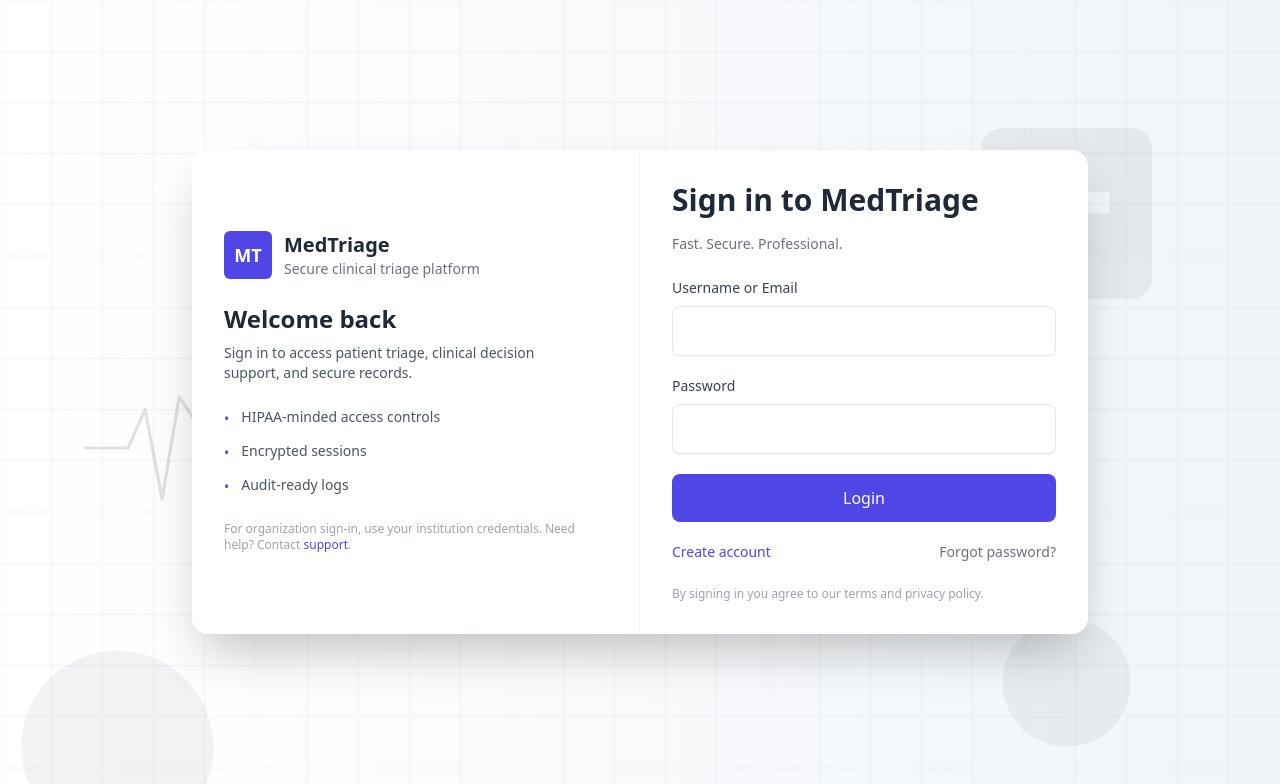
Repository: shakin-shahria/MedTriage-
Page: / (app in frontend/)
An editor plug-in stored every save of this project. The page is shown before and after the next save, followed by the edit.
The browser window is 1280 px wide. The pictures show the whole page.
The project was rebuilt for these pictures with package versions that can differ from the ones it lists, and the page was loaded fresh each time. Also part of the build but not shown: frontend/vite.config.js, frontend/src/Register.jsx, frontend/src/Profile.jsx, frontend/src/Admin.jsx, frontend/src/AdminDashboard.jsx, frontend/src/HeartTriage.jsx.

Above is the page before, as saved 2025-10-15 11:29:26.

### frontend/index.html
<!doctype html>
<html>
  <head>
    <meta charset="utf-8" />
    <meta name="viewport" content="width=device-width, initial-scale=1.0" />
    <title>MedTriage Demo</title>
  </head>
  <body>
    <div id="root"></div>
    <script type="module" src="/src/main.jsx"></script>
  </body>
</html>

### frontend/src/index.css
@tailwind base;
@tailwind components;
@tailwind utilities;

body { font-family: ui-sans-serif, system-ui, -apple-system, 'Segoe UI', Roboto, 'Helvetica Neue', Arial }

### frontend/src/Login.jsx
import React, { useState } from 'react'
import { useNavigate, Link } from 'react-router-dom'

export default function Login() {
  const [form, setForm] = useState({ username_or_email: '', password: '' })
  const [loading, setLoading] = useState(false)
  const [error, setError] = useState(null)
  const navigate = useNavigate()

  const handleChange = (e) => {
    setForm({ ...form, [e.target.name]: e.target.value })
  }

  const handleSubmit = async (e) => {
    e.preventDefault()
    setLoading(true)
    setError(null)
    try {
      const res = await fetch('http://127.0.0.1:8000/auth/login', {
        method: 'POST',
        headers: { 'Content-Type': 'application/json' },
        body: JSON.stringify(form),
      })
      if (!res.ok) throw new Error(`Login failed: ${res.status}`)
      const data = await res.json()
      localStorage.setItem('token', data.access_token)
      // Notify other components that auth state changed
      window.dispatchEvent(new Event('auth-change'))
      // After storing the token, probe the profile endpoint to detect the
      // user's role so admins can be sent straight to the Admin dashboard.
      try {
        const profileRes = await fetch('http://127.0.0.1:8000/auth/profile', {
          headers: { 'Authorization': `Bearer ${data.access_token}` },
        })
        if (profileRes.ok) {
          const profile = await profileRes.json()
          if (profile.role === 'admin') {
              // Persist admin token for Admin UI convenience and replace history so back doesn't go to login
              try { localStorage.setItem('medtriage_admin_token', `Bearer ${data.access_token}`) } catch (e) {}
              navigate('/admin-dashboard', { replace: true })
            return
          }
        }
      } catch (e) {
        // ignore profile fetch errors and fall back to profile page
      }

      navigate('/profile')
    } catch (err) {
      setError(err.message)
    } finally {
      setLoading(false)
    }
  }

  return (
    <>
      {/* Diagnostic-themed background SVG: faint grid + ECG waveform + medical icons */}
      <svg aria-hidden="true" className="fixed inset-0 pointer-events-none" preserveAspectRatio="none" xmlns="http://www.w3.org/2000/svg" viewBox="0 0 1200 800">
        <defs>
          <linearGradient id="ecgGrad" x1="0" x2="1">
            <stop offset="0%" stopColor="#ffffff" />
            <stop offset="100%" stopColor="#f1f5f9" />
          </linearGradient>
        </defs>
        <rect width="1200" height="800" fill="url(#ecgGrad)" />

        {/* faint clinical grid */}
        <g stroke="#0f172a" strokeWidth="1" opacity="0.04">
          {Array.from({ length: 25 }).map((_, i) => {
            const x = i * 48
            return <line key={`vx-${i}`} x1={x} y1={0} x2={x} y2={800} />
          })}
          {Array.from({ length: 17 }).map((_, i) => {
            const y = i * 48
            return <line key={`hy-${i}`} x1={0} y1={y} x2={1200} y2={y} />
          })}
        </g>

        {/* ECG waveform path - low contrast and centered */}
        <g transform="translate(80,420)" stroke="#0f172a" strokeWidth="3" fill="none" opacity="0.12">
          <path d="M0 0 L40 0 L56 -36 L72 48 L88 -48 L120 0 L200 0 L216 -24 L232 12 L248 -60 L280 0 L360 0 L376 -20 L392 8 L408 -40 L444 0 L520 0 L560 -50 L600 60 L640 -20 L680 0 L760 0" strokeLinecap="round" strokeLinejoin="round" />
        </g>

        {/* small medical icons (cross, stethoscope circle) */}
        <g transform="translate(920,120)" opacity="0.06" fill="#0f172a">
          <rect x="0" y="0" width="160" height="160" rx="20" />
          <g transform="translate(40,40)" fill="#fff">
            <rect x="30" y="0" width="20" height="60" rx="3" />
            <rect x="0" y="20" width="80" height="20" rx="3" />
          </g>
        </g>

        {/* subtle pulse circles */}
        <g opacity="0.05" fill="#0f172a">
          <circle cx="1000" cy="640" r="60" />
          <circle cx="110" cy="700" r="90" />
        </g>
      </svg>

      <div className="min-h-screen flex items-center justify-center py-12 px-4 bg-transparent relative overflow-hidden">

      <div className="relative z-10 max-w-4xl w-full bg-white rounded-2xl shadow-2xl overflow-hidden grid grid-cols-1 md:grid-cols-2">
        {/* Left: Professional brand panel (replaces cartoon SVG) */}
        <div className="bg-white p-8 flex flex-col items-start justify-center space-y-6 border-r border-gray-100">
          <div className="flex items-center space-x-3">
            {/* Simple logo mark */}
            <div className="w-12 h-12 flex items-center justify-center rounded-md bg-indigo-600 text-white font-bold text-lg">MT</div>
            <div>
              <h2 className="text-xl font-semibold text-gray-800">MedTriage</h2>
              <p className="text-sm text-gray-500">Secure clinical triage platform</p>
            </div>
          </div>

          <div className="w-full max-w-xs">
            <h3 className="text-2xl font-semibold text-gray-800">Welcome back</h3>
            <p className="mt-2 text-sm text-gray-600">Sign in to access patient triage, clinical decision support, and secure records.</p>

            <ul className="mt-6 space-y-3 text-sm text-gray-600">
              <li className="flex items-start">
                <span className="mr-3 text-indigo-600 mt-0.5">•</span>
                <span>HIPAA-minded access controls</span>
              </li>
              <li className="flex items-start">
                <span className="mr-3 text-indigo-600 mt-0.5">•</span>
                <span>Encrypted sessions</span>
              </li>
              <li className="flex items-start">
                <span className="mr-3 text-indigo-600 mt-0.5">•</span>
                <span>Audit-ready logs</span>
              </li>
            </ul>
          </div>

          <div className="mt-4 text-xs text-gray-400">
            <p>For organization sign-in, use your institution credentials. Need help? Contact <a href="mailto:support@medtriage.example" className="text-indigo-600">support</a>.</p>
          </div>
        </div>

        {/* Right: Form */}
        <div className="p-8 flex items-center justify-center">
          <div className="w-full max-w-md">
            <h1 className="text-3xl font-bold text-gray-800 mb-4">Sign in to MedTriage</h1>
            <p className="text-sm text-gray-500 mb-6">Fast. Secure. Professional.</p>
            <form onSubmit={handleSubmit} className="space-y-5">
              <div>
                <label htmlFor="username_or_email" className="block text-sm font-medium text-gray-700 mb-2">Username or Email</label>
                <input
                  id="username_or_email"
                  type="text"
                  name="username_or_email"
                  value={form.username_or_email}
                  onChange={handleChange}
                  className="w-full p-3 border border-gray-200 rounded-lg shadow-sm focus:ring-2 focus:ring-indigo-400 focus:border-transparent"
                  required
                />
              </div>
              <div>
                <label htmlFor="password" className="block text-sm font-medium text-gray-700 mb-2">Password</label>
                <input
                  id="password"
                  type="password"
                  name="password"
                  value={form.password}
                  onChange={handleChange}
                  className="w-full p-3 border border-gray-200 rounded-lg shadow-sm focus:ring-2 focus:ring-indigo-400 focus:border-transparent"
                  required
                />
              </div>
              {error && <p className="text-red-600 text-sm">{error}</p>}
              <button
                type="submit"
                disabled={loading}
                className="w-full px-6 py-3 bg-indigo-600 text-white rounded-lg font-medium hover:bg-indigo-700 disabled:opacity-50 transition-colors"
              >
                {loading ? 'Logging in...' : 'Login'}
              </button>

              <div className="flex items-center justify-between text-sm text-gray-500">
                <Link to="/register" className="text-indigo-600 hover:underline">Create account</Link>
                <a href="#" className="hover:underline">Forgot password?</a>
              </div>
            </form>
            <p className="mt-6 text-xs text-gray-400">By signing in you agree to our terms and privacy policy.</p>
          </div>
        </div>
      </div>
    </div>
    </>
  )
}

Loaded but not shown: frontend/src/main.jsx (common file); frontend/tailwind.config.cjs (common file); frontend/src/App.jsx (373 lines, source omitted)

After the next save:
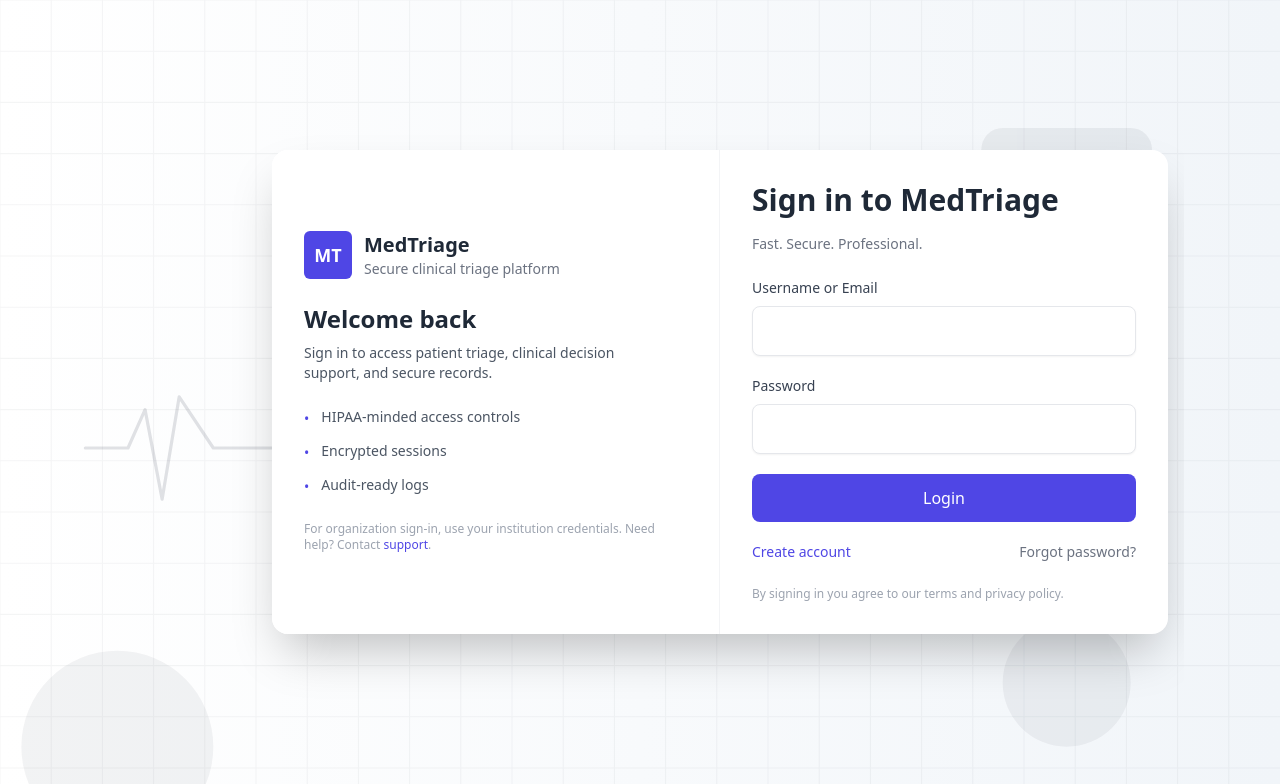
Saved 33 s later.
--- a/frontend/src/Login.jsx
+++ b/frontend/src/Login.jsx
@@ -98,7 +98,7 @@ export default function Login() {
         </g>
       </svg>
 
-      <div className="min-h-screen flex items-center justify-center py-12 px-4 bg-transparent relative overflow-hidden">
+      <div className="min-h-screen flex items-center justify-end py-12 px-4 bg-transparent relative overflow-hidden">
 
       <div className="relative z-10 max-w-4xl w-full bg-white rounded-2xl shadow-2xl overflow-hidden grid grid-cols-1 md:grid-cols-2">
         {/* Left: Professional brand panel (replaces cartoon SVG) */}
